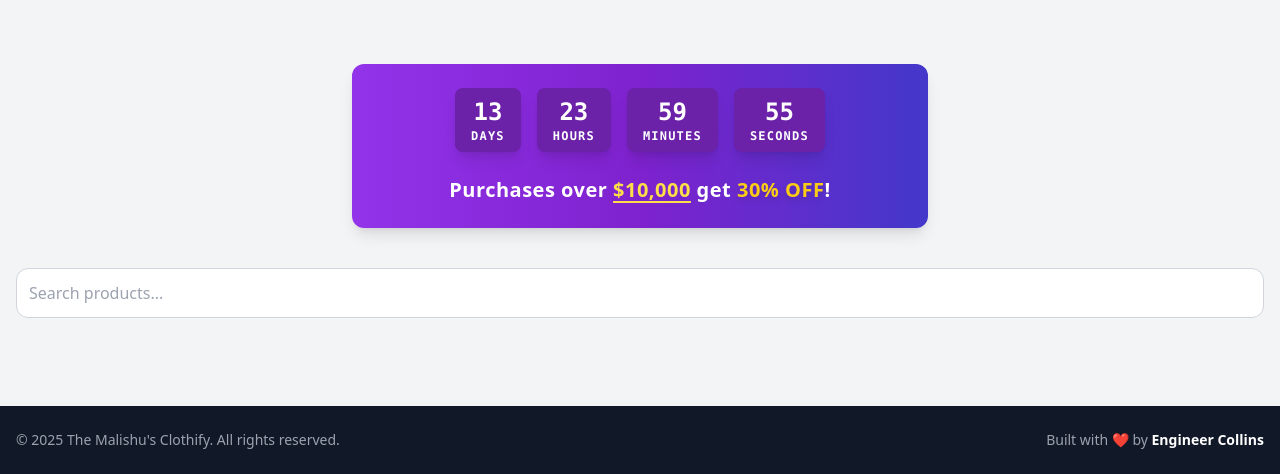
Repository: Engineer-collo/Modern-Ecommerce-Application
Page: /
An editor plug-in stored every save of this project. The page is shown before and after a run of saves, followed by the edit.
The browser window is 1280 px wide. The pictures show the part of the page from y = 376 to 874 px (the page is 850 px tall before and 874 px after).
The page's requests for data from a server got no answer. The project was rebuilt for these pictures with package versions that can differ from the ones it lists, and the page was loaded fresh each time. No one was signed in, and anything a server would have sent is missing. Also part of the build but not shown: vite.config.js, src/components/SignupForm.jsx, src/components/LoginForm.jsx, src/components/ProductCard.jsx, src/components/Contact.jsx, src/components/About.jsx, src/components/Cart.jsx, src/components/ProductDetailsView.jsx.

Above is the page before, as saved 2025-05-26 10:48:42.

After the next 4 saves:
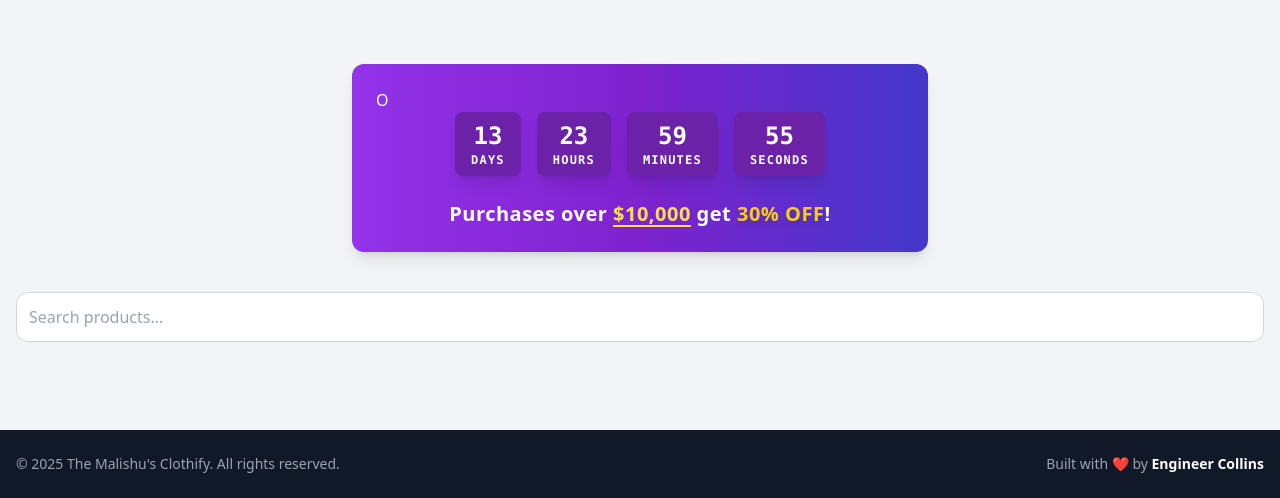
The 4 saves are shown as one change because they came seconds apart.
The last was saved 12 s later.
--- a/src/components/ProductFeed.jsx
+++ b/src/components/ProductFeed.jsx
@@ -35,7 +35,7 @@ const ProductFeed = ({ addToCart }) => {
       <div className="mt-12 p-4 max-w-7xl mx-auto">
         {/* Modern styled offer card */}
         <div className="mb-10 p-6 rounded-xl shadow-lg bg-gradient-to-r from-purple-600 via-purple-700 to-indigo-700 text-white max-w-xl mx-auto">
-
+          <h1> O</h1>
           <OfferCountdown />
           <p className="mt-6 text-center text-lg sm:text-xl font-semibold tracking-wide">
             Purchases over{" "}
